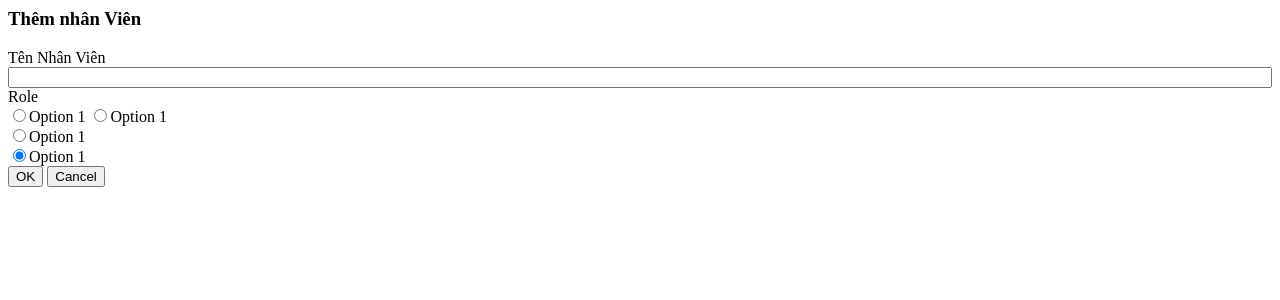
Repository: chickenoken/LuanAn
Page: http://localhost/net/quanLyNhanVienControl
The author's editor kept a copy of each file at every save. The page is drawn from the files as they stood at one save, then again after the next save.
The browser window is 1280 px wide. The pictures show the whole page.
The page is served by Tomcat 9. Other server files are loaded and not shown.

Above is the page before, as saved 2019-06-17 09:47:20.

### net/src/main/webapp/WEB-INF/pages/quanLyNhanVienControl.jsp
<div class="modal-header">
  <h3>Thêm nhân Viên</h3>
</div>
<div class="modal-body">
  <div class="row">
    <div class="form-group">
      <div class="col-md-4"><span>Tên Nhân Viên</span></div>
      <div class="col-md-8"><input type="text" ng-model="model.form.control.tenNv" style="width : 100%"></div>
    </div>
  </div>

  <div class="row">
    <div class="form-group">
      <div class="col-md-4"><span>Role</span></div>
      <div class="col-md-8">
        <div class="radio">
          <label><input type="radio" name="role" checked>Option 1</label>
          <label><input type="radio" name="role" checked>Option 1</label>
        </div>
        <div class="radio">
          <label><input type="radio" name="role" checked>Option 1</label>
        </div>
        <div class="radio">
          <label><input type="radio" name="role" checked>Option 1</label>
        </div>
      </div>
    </div>
  </div>

</div>
<div class="modal-footer">
    <button class="btn btn-primary" ng-click="ok()">OK</button>
    <button class="btn btn-warning" ng-click="cancel()">Cancel</button>
</div>

### net/src/main/java/org/planning/net/dto/LoginDto.java
package org.planning.net.dto;

import lombok.Getter;
import lombok.Setter;

@Getter
@Setter
public class LoginDto {

    private String maNhanVien;

    private String tenNhanVien;

    private String taiKhoan;

    private String matKhau;

	public String getTaiKhoan() {
        return taiKhoan;
    }

    public void setTaiKhoan(String taiKhoan) {
        this.taiKhoan = taiKhoan;
    }

    public String getMatKhau() {
        return matKhau;
    }

    public void setMatKhau(String matKhau) {
        this.matKhau = matKhau;
    }

    public String getMaNhanVien() {
		return maNhanVien;
	}

	public void setMaNhanVien(String maNhanVien) {
		this.maNhanVien = maNhanVien;
	}

	public String getTenNhanVien() {
		return tenNhanVien;
	}

	public void setTenNhanVien(String tenNhanVien) {
		this.tenNhanVien = tenNhanVien;
	}
}

After the next save:
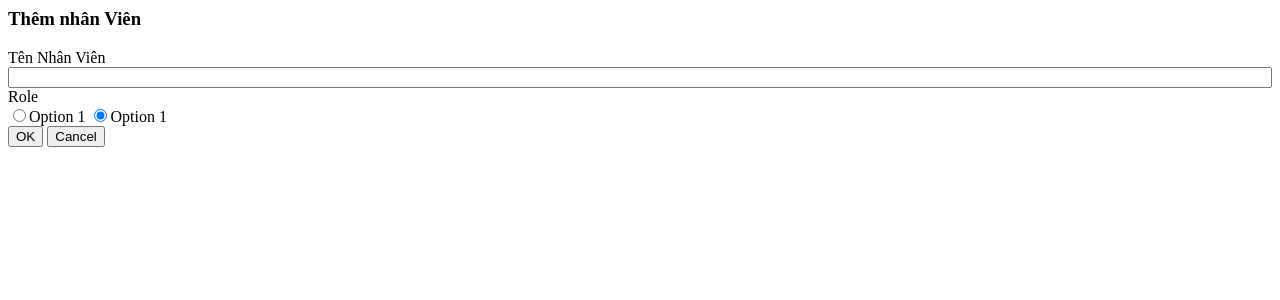
Saved 9 s later.
--- a/net/src/main/webapp/WEB-INF/pages/quanLyNhanVienControl.jsp
+++ b/net/src/main/webapp/WEB-INF/pages/quanLyNhanVienControl.jsp
@@ -17,12 +17,6 @@
           <label><input type="radio" name="role" checked>Option 1</label>
           <label><input type="radio" name="role" checked>Option 1</label>
         </div>
-        <div class="radio">
-          <label><input type="radio" name="role" checked>Option 1</label>
-        </div>
-        <div class="radio">
-          <label><input type="radio" name="role" checked>Option 1</label>
-        </div>
       </div>
     </div>
   </div>
